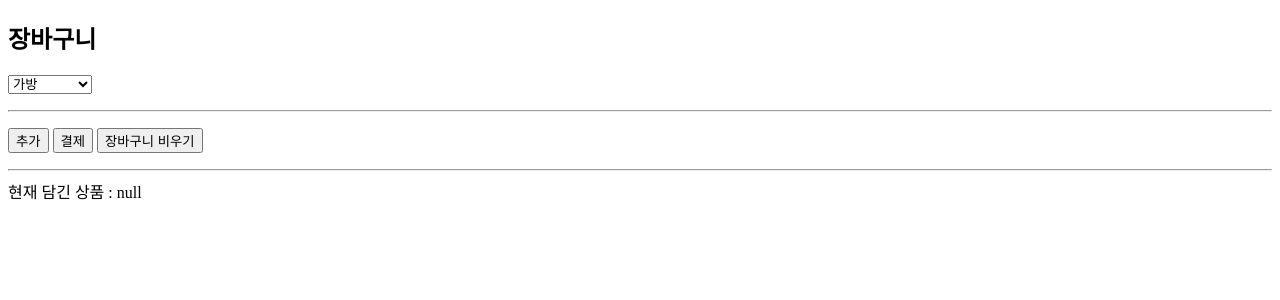
Repository: Blair-Kim/JSP
Page: http://localhost/Day2/7_basket.jsp
The author's editor kept a copy of each file at every save. The page is drawn from the files as they stood at one save, then again after the next save.
The browser window is 1280 px wide. The pictures show the whole page.
The page is served by Tomcat 9.

Above is the page before, as saved 2022-01-13 04:48:09.

After the next save:
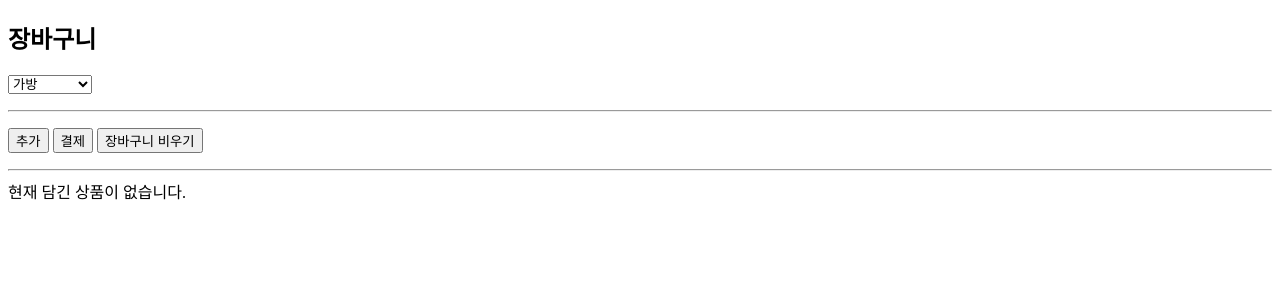
Saved 55 s later.
--- a/Day2/WebContent/7_basket.jsp
+++ b/Day2/WebContent/7_basket.jsp
@@ -30,7 +30,12 @@
 		request.setCharacterEncoding("UTF-8");
 		List list = (List)session.getAttribute("productList");
 		session.setAttribute("productList", list);
-		out.println("현재 담긴 상품 : " + list);
+		if(list != null){
+			out.println("현재 담긴 상품 : " + list);
+		}else{
+			out.println("현재 담긴 상품이 없습니다.");
+		}
+
 	%>
 	</form>
 </body>
